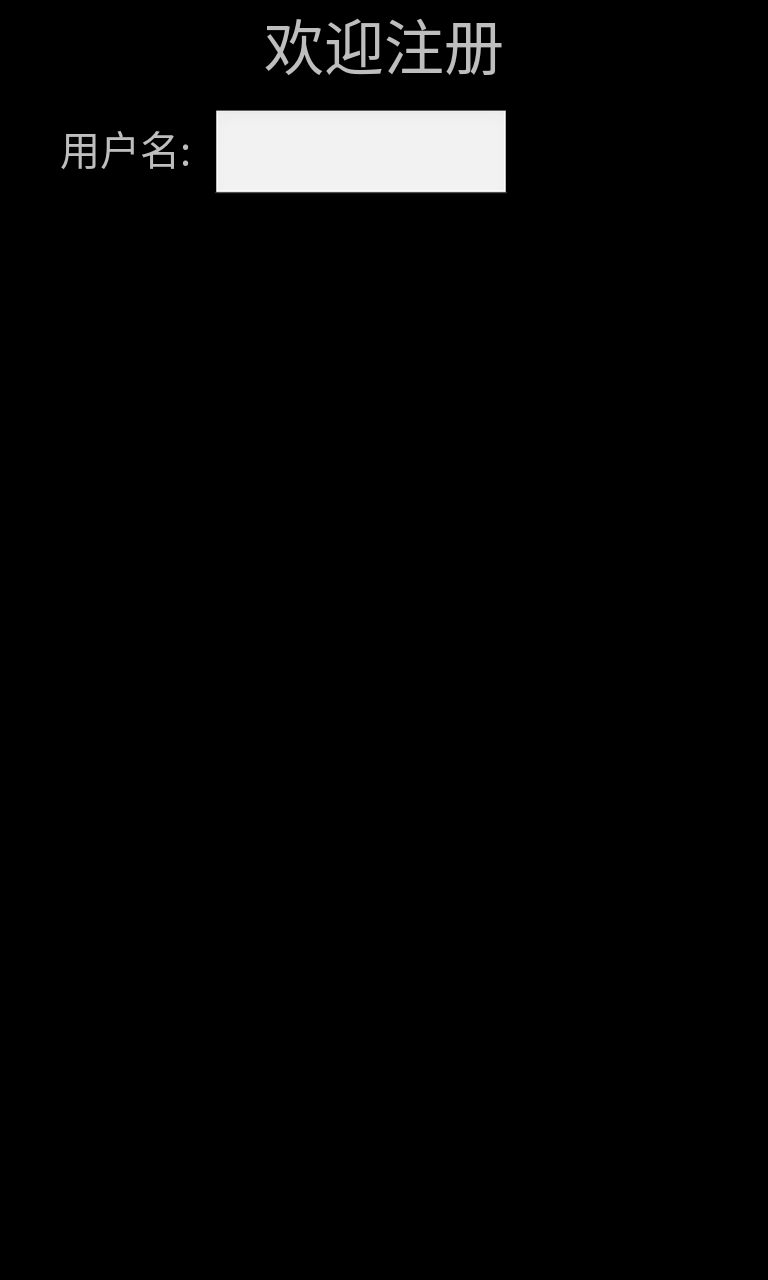
Repository: jcyfkimi/Android-TaoTao
Layout: TaoTao/res/layout/reg.xml
These files come from the project's save history. The layout is drawn as it stood at one moment and after the next save; the edit follows.
It is drawn on a 768 x 1280 px phone screen (xhdpi) without system bars, with theme android:Theme; the app's code is not run.

Above is the layout before, as saved 2011-09-13 07:11:02.

### TaoTao/res/layout/reg.xml
<?xml version="1.0" encoding="utf-8"?>
<LinearLayout
  xmlns:android="http://schemas.android.com/apk/res/android"
  android:orientation="vertical"
  android:layout_width="match_parent"
  android:layout_height="match_parent">
    <TextView android:layout_width="wrap_content"
    	android:layout_height="wrap_content"
    	android:layout_gravity="center_horizontal"
    	android:text="@string/regtitle"
    	android:textSize="30dip"/>

	<LinearLayout
	  xmlns:android="http://schemas.android.com/apk/res/android"
	  android:orientation="horizontal"
	  android:layout_width="wrap_content"
	  android:layout_height="wrap_content">
	  <TextView android:layout_width="wrap_content"
	  	android:layout_height="wrap_content"
	  	android:layout_marginLeft="30dip"
	  	android:layout_marginTop="10dip"
	  	android:text="@string/reguname"
	  	android:textSize="20dip"/>
	  <EditText android:id="@+id/regname"
	  	android:layout_width="150dip"
	  	android:layout_height="wrap_content"
	  	android:layout_marginLeft="10dip"
	  	android:layout_marginTop="10dip"/>
	  </LinearLayout>
</LinearLayout>

### TaoTao/res/values/strings.xml
<?xml version="1.0" encoding="utf-8"?>
<resources>
    <string name="app_name">TaoTao</string>
    <string name="logintext">用户名:</string>
    <string name="passtext">密    码:</string>
    <string name="forgetpass">忘记密码?</string>
    <string name="btnlogin">登录</string>
    <string name="btnreg">注册</string>
    <string name="regtitle">欢迎注册</string>
    <string name="reguname">用户名:</string>
    <string name="regpass">密码:</string>
    <string name="regpasscfm">确认密码:</string>
    <string name="indexhead">淘淘购物</string>
</resources>

After the next save:
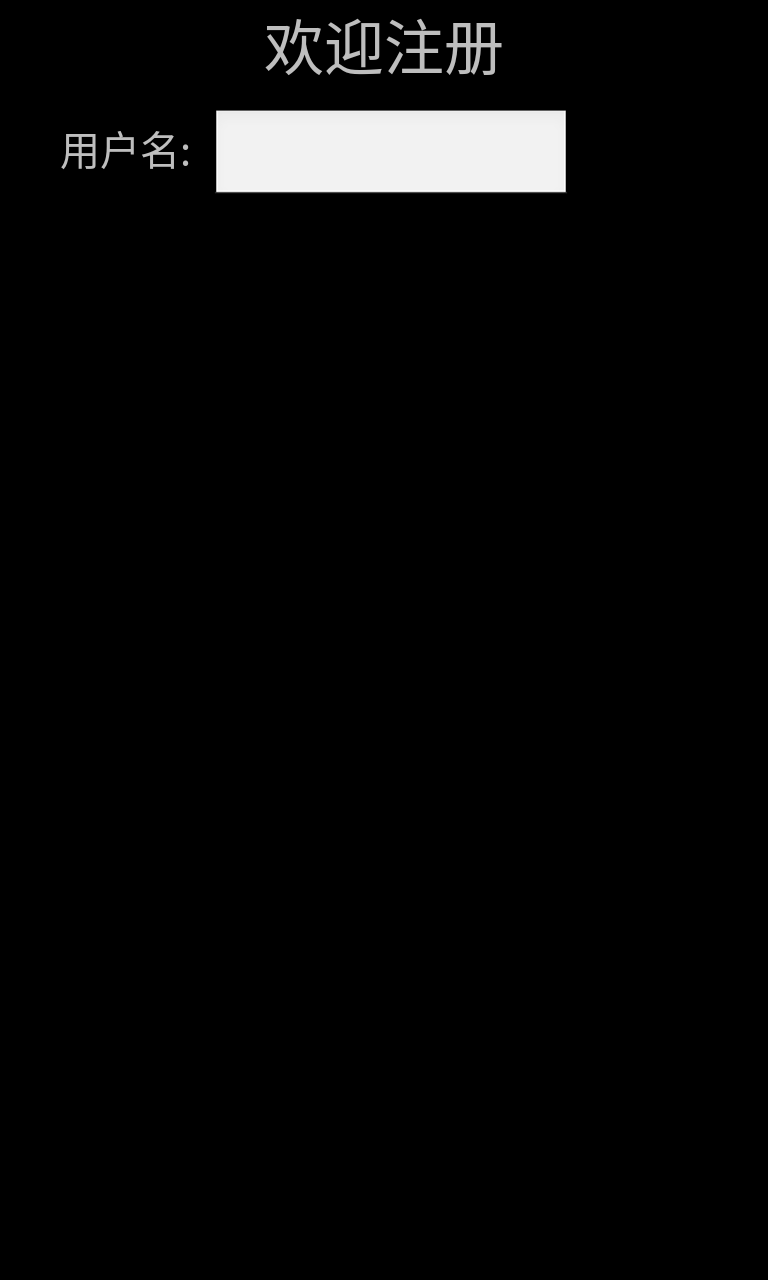
Saved 9 s later.
--- a/TaoTao/res/layout/reg.xml
+++ b/TaoTao/res/layout/reg.xml
@@ -22,7 +22,7 @@
 	  	android:text="@string/reguname"
 	  	android:textSize="20dip"/>
 	  <EditText android:id="@+id/regname"
-	  	android:layout_width="150dip"
+	  	android:layout_width="180dip"
 	  	android:layout_height="wrap_content"
 	  	android:layout_marginLeft="10dip"
 	  	android:layout_marginTop="10dip"/>
